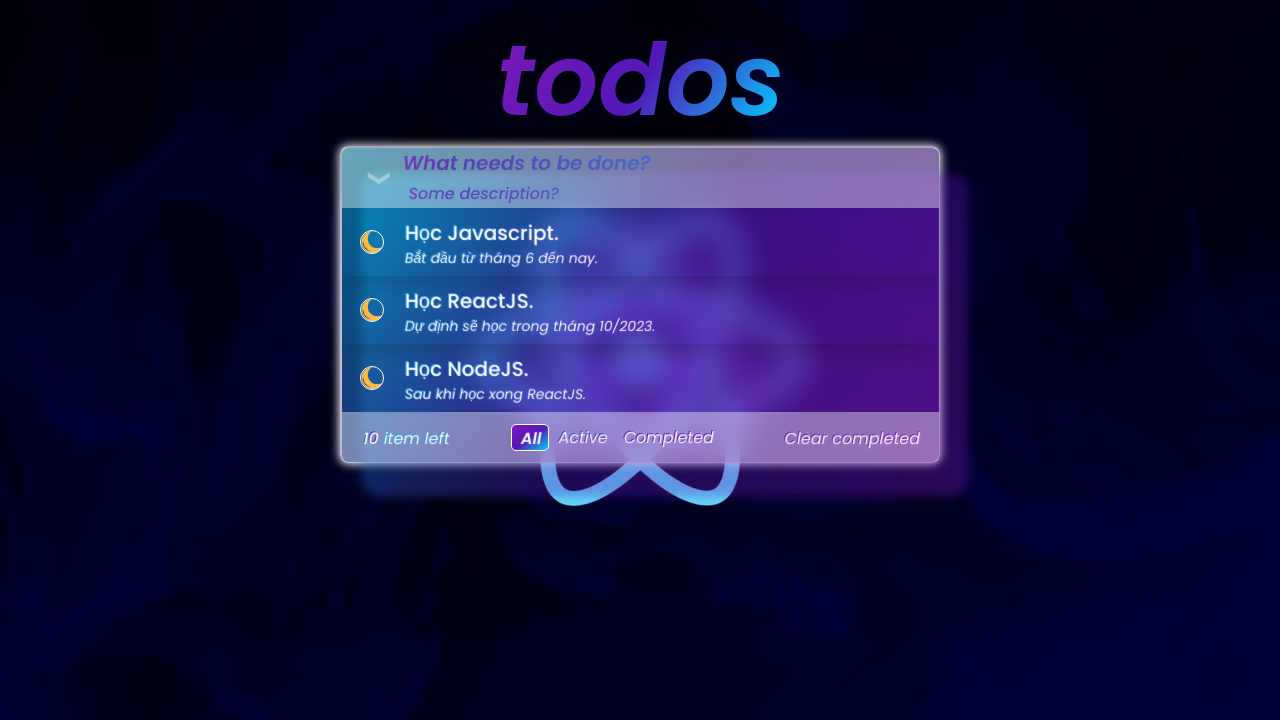
Repository: Kith933UTH/TODOAPP
Page: index.html
An editor plug-in stored every save of this project. The page is shown before and after the next save, followed by the edit.
The browser window is 1280 px wide. The pictures show the whole page.

Above is the page before, as saved 2023-07-11 23:57:26.

After the next save:
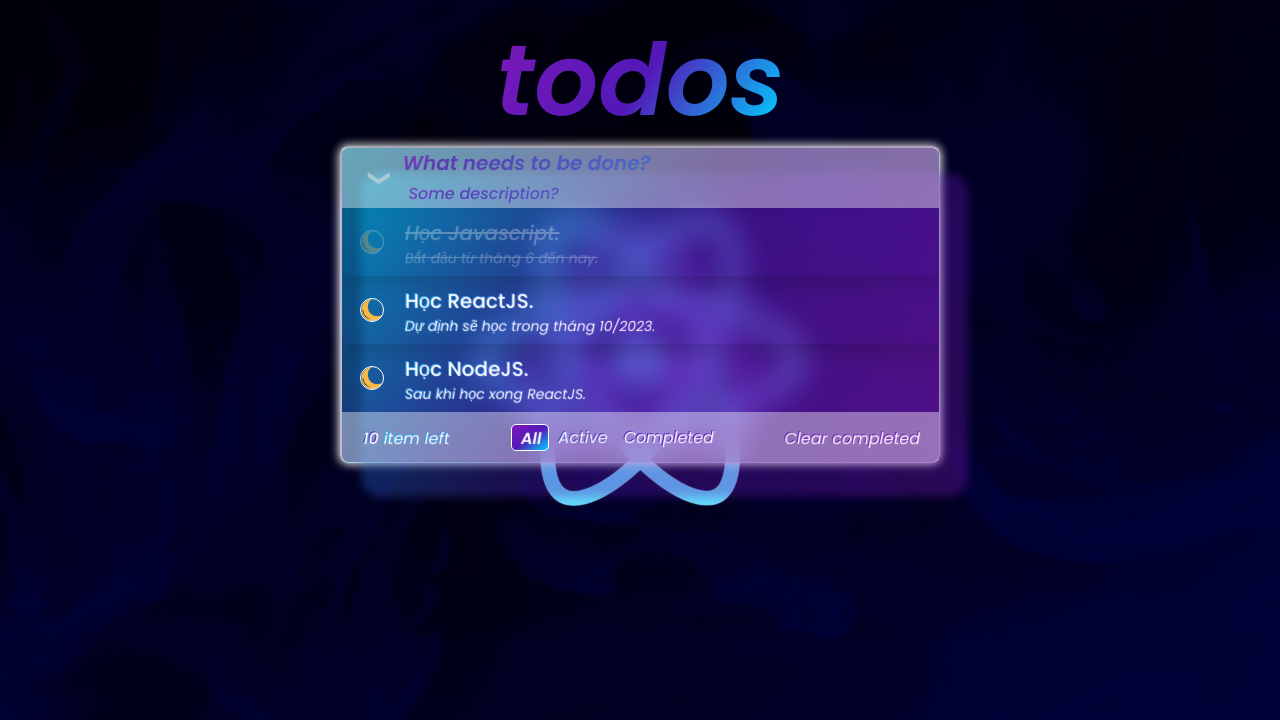
Saved 96 s later.
--- a/store/reducer.js
+++ b/store/reducer.js
@@ -11,7 +11,7 @@
         {
             title: "Học Javascript.",
             description: "Bắt đầu từ tháng 6 đến nay.",
-            completed: false
+            completed: true
         },
         {
             title: "Học ReactJS.",
@@ -30,14 +30,10 @@
 const actions = {
     add({todos}, args) {
         const [title, description] = args
-        if(args) {
-            todos.push({
-                title,
-                description,
-                completed: false
-            })
-        }
-    }
+        if(args)
+            todos.push({ title, description, completed: false})
+    },
+
 }
 export default function reducer(state = init, action, args) {
     actions[action] && actions[action](state, args)
